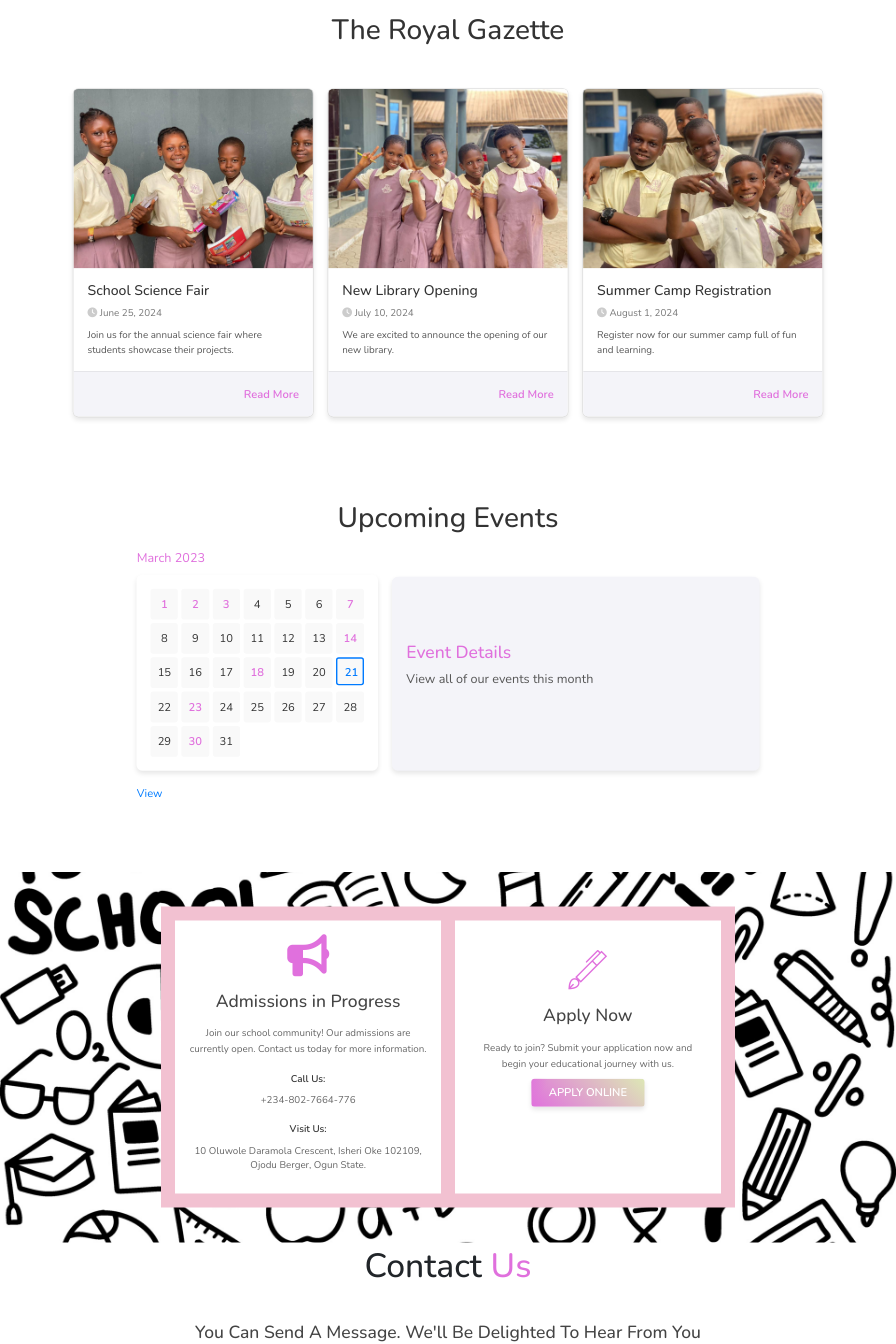
Repository: AdeniranZion/RC-Academy
Page: http://localhost/
These files come from the project's save history. The page is drawn as it stood at one moment and after the next save; the edit follows.
The browser window is 1280 px wide. The pictures show the part of the page from y = 4580 to 6500 px (the page is 7849 px tall before and 7839 px after), at 70% of full size.
Backgrounds fixed to the window are drawn as part of the page. Some web libraries are served in a nearby version. The page is run by PHP 8.4 with error messages shown; the project is at /var/www/html/.

Above is the page before, as saved 2024-06-24 09:14:28.
Console error: TypeError: Cannot set properties of null (setting 'onclick')

### index.php
<?php include_once "partials/header.php"; ?>
<html>
<head> <link rel="stylesheet" href="iconpack/assets/Pe-icon-7-stroke.css"></head>

<body>

<!-- home section starts  -->
<div class="swiper-container">
  <div class="swiper-wrapper">
    <div class="swiper-slide" style="background-image: url('images/web1.jpg');">
      <div class="content" data-aos="fade-up" data-aos-duration="1000">
        <h3>Discover the World of Knowledge: Explore Royal Coast Academy</h3>
        <p>At Royal Coast, we develop an enriching educational experience that empowers students to explore and thrive in the world of knowledge through our dynamic curriculum.</p>
        <a href="#" class="btn">Explore</a>
      </div>
    </div>
    <div class="swiper-slide" style="background-image: url('images/web2.jpg');">
    <div class="content" data-aos="fade-up" data-aos-duration="1000">
        <h3><span style="color: #FED005;">Education</span>  is not preparation for life; education <span style="color: #FED005;">is life</span> itself</h3>
        <!-- <h3><span>Education</span> is not preparation for life; education is life itself.</h3> -->
        <p>Here at Royal Coast, we believe that Education is not just a precursor to life but an essential, ongoing journey that enriches our everyday experiences and shapes our understanding of the world.</p>
        <a href="#" class="btn">Explore</a>
      </div>
    </div>
    <div class="swiper-slide" style="background-image: url('images/web3.jpg');">
    <div class="content" data-aos="fade-up" data-aos-duration="1000">
        <h2><span style="background: linear-gradient(45deg, #FED005, #fff); -webkit-background-clip: text; color: transparent">ADMISSION</span> IN PROGRESS </h2>
        <h4>ADMISSION FOR THE 2024/25 ACADEMIC SESSION INTO:</h4>
        <div style="font-size: 1.8rem; padding: 15px;">
          <li>Pre-school</li>
          <li>Nursery</li>
          <li>Basic Classes</li>
          <li>JSS 1</li>
        </div>
        <a href="admissions.php" class="btn">Enroll Now</a>
      </div>
    </div>
  </div>
  <!-- Pagination -->
  <div class="swiper-pagination"></div>


  <!-- Navigation buttons -->
      <div class="swiper-button-prev"></div>
      <div class="swiper-button-next"></div>
</div>

<!-- Initialize Swiper -->
<script>
  document.addEventListener('DOMContentLoaded', function () {
    var swiper = new Swiper('.swiper-container', {
      slidesPerView: 1,
      spaceBetween: 30,
      loop: true,
      autoplay: {
        delay: 10000, // Change image every 3 seconds
        disableOnInteraction: false,
      },
      pagination: {
        el: '.swiper-pagination',
        clickable: true,
        dynamicBullets: true, // Adjust bullet size based on number of slides
      },
      navigation: {
        nextEl: '.swiper-button-next',
        prevEl: '.swiper-button-prev',
      },
      effect: 'fade', // Fade effect between slides
        fadeEffect: {
          crossFade: true,
          duration: 3000, // Fade duration in milliseconds (1000ms = 1 second)
        },
      });
    });
</script>


<!-- home section ends -->

<section class="about">

   <div class="imgbox" data-aos="fade-right" data-aos-duration="1000">
      <!-- Initially empty, images will be added by JavaScript -->
   </div>
   <div class="content p-4" data-aos="fade-left" data-aos-duration="1000">
      <h3 style="font-size: 48px;" class="about-title">Welcome to Royal Coast Academy</h3>
      <p style="font-size: 20px; text-align: justify;">At Royal Coast Academy, we believe that education is the foundation of a successful life, and we are committed to providing our students with the best possible education. Our curriculum is designed to meet the needs of all students, regardless of their abilities or interests. We have a team of highly qualified and experienced teachers who are dedicated to helping students achieve their full potential.</p>
      <a href="about.php" class="btn">Read more</a>
   </div>

</section>


<!-- Icons Dsc -->
<section data-aos="fade-up" data-aos-duration="1500" style="display: flex; justify-content: center; align-items: center;">
  <div style="background-color: #fff; padding: 20px; display: grid; grid-template-columns: repeat(auto-fit, minmax(150px, 1fr)); grid-gap: 20px; width: 80%;">
    <div style="background-color: white; text-align: center;">
      <i class="pe-7s-science" style="color: #e070dd; font-size: 11em;"></i>
      <h3 style="margin: 10px 0; font-size: 3em; font-weight:light; color:#444;">Center for Excellence</h3>
      <p style="font-size: 1.6em; padding: 20px;">Our commitment to academic excellence ensures that every student receives a top-tier education, preparing them for success in higher education and their future careers.</p>
    </div>
    <div style="background-color: white; text-align: center;">
      <i class="pe-7s-light" style="color: #e070dd; font-size: 11em;"></i>
      <h3 style="margin: 10px 0; font-size: 3em; font-weight:light; color:#444;">Citadel of Knowledge</h3>
      <p style="font-size: 1.6em; padding: 20px;">At Royal Coast Academy, we are a hub of intellectual growth, fostering a love for learning and critical thinking in a supportive and dynamic environment.</p>
    </div>
    <div style="background-color: white; text-align: center;">
       <i class="pe-7s-gift" style="color: #e070dd; font-size: 11em;"></i>
      <h3 style="margin: 10px 0; font-size: 3em; font-weight:light; color:#444;">Developing A Total Child</h3>
      <p style="font-size: 1.6em; padding: 20px;">We focus on holistic development, nurturing not just academic skills but also the social, emotional, and ethical growth of each student to become well-rounded individuals.</p>
    </div>
  </div>
</section>


<!-- Welcome Speech -->
<section data-aos="fade-in" data-aos-duration="2500" class="intro-section" style="display: flex; justify-content: center; align-items: center; background-color: #F8F8FF;">
  <div style="flex-basis: 50%; padding: 20px;">
     <h2 style="font-size: 3.9em; font-weight: bolder; margin-bottom: 20px;">An Introduction from the Proprietress</h2>
     <div style="width: 40px; height: 3px; background-color:#e070dd; margin-bottom: 20px;"></div>
     <p style="font-size: 1.6em; line-height: 1.6; margin-bottom: 20px; text-align: justify;">I welcome you to Royal Coast Academy's official website on behalf of the
     administration, faculty, and students there. Excellence is our watchword here at <span style="color:#e070dd;"><b>Royal Coast Academy</b></span>. We think that anything worth doing is
     worth doing well, and we work to infuse this quality in all of our activities and Wards. Every child committed to our care is guaranteed a
     top-notch education from qualified teachers. For all of our children, we want to lay a strong foundation that will support them throughout
     their academic and professional careers. We are also concerned with our students' physical, social, and psychological growth, helping them
     to mature into accountable, impactful citizens. <br>Enjoy the journey.<br><h2>Mercy O. Adeniran</h2></p>
  </div>
  <div style="width: 300px; height: 450px;">
     <img src="images/mama.jpg" alt="Image description" style="width: 100%; height: 100%; border-radius: 2.5%;">
  </div>
</section>


<!-- About Us Header-->
   <div class="text" style="text-align: center; margin-top: 40px; margin-bottom: 40px;">
      <h3 style="font-size: 48px;" class="about-title">About <span style="color: #e070dd;">Us</span></h3>
   </div>

<!-- About Us-->
<section class="about">

   <div class="content p-4" data-aos="fade-left" data-aos-duration="1000">
      <p style="font-size: 20px; text-align: justify;">At Royal Coast Academy, we understand the importance of technology in today's world, and we are committed to integrating technology into our curriculum. We have state-of-the-art computer labs, and our students have access to the latest educational software and online resources. We also have a well-equipped science laboratory that allows our students to explore and experiment with science concepts in a hands-on environment.</p>
      <a href="about.php" class="btn">Read more</a>
   </div>
   <div style="width: 30%; max-width: 800px; margin: auto; overflow: hidden; display:block">
        <img src="images/IMG-20240616-WA0029.jpg" style="width: 100%; height: auto;">
      </div>

</section>

<!-- Mission Statement -->
<section data-aos="fade-up" data-aos-duration="1500" style="display: flex; justify-content: center; align-items: center; background-color: #f8f8ff;">
  <div style="padding: 20px; display: grid; grid-template-columns: repeat(auto-fit, minmax(150px, 1fr)); grid-gap: 20px; width: 80%;">
      <div style="text-align: center;">
         <i class="fa-solid fa-crosshairs" style="color: #e070dd; font-size: 11em;"></i>
         <h3 style="margin: 10px 0; font-size: 3em; font-weight:light; color:#444;">Our Mission</h3>
         <p style="font-size: 1.7em; padding: 20px;">Royal Coast Academy is dedicated to the intellectual, moral, and spiritual formation of girls and boys from diverse religious faiths, tribes, and socioeconomic backgrounds. Our mission is to cultivate leaders who serve God and humanity selflessly. Inspired by the values of Loyola Jesuit College, we foster a community united in the pursuit of excellence and service. Our commitment lies in nurturing individuals who embody compassion, justice, academic proficiency, and reverence for God and His creation. Aligned with the Nigerian education policy, we strive to develop individuals of faith, guided by the principles of Christ’s love and justice. Our graduates are characterized by emotional intelligence, social responsibility, and a relentless pursuit of the magis—the relentless pursuit of excellence in all aspects of life—for the betterment of society. At Royal Coast Academy, we are dedicated to shaping future generations who are empowered to make a positive impact through their commitment to service, leadership, and ethical conduct in a global context.</p>
      </div>
  </div>
</section>

<!-- Vision and Values -->
<section style="display: flex; justify-content: center; align-items: center;">
  <div style="background-color: #fff; padding: 20px; display: grid; grid-template-columns: repeat(auto-fit, minmax(150px, 1fr)); grid-gap: 20px; width: 80%;">
    <div data-aos="fade-right" data-aos-duration="1500" style="background-color: white; text-align: center;">
    <i class="fa-regular fa-eye" style="color: #e070dd; font-size: 11em;"></i>
      <h3 style="margin: 10px 0; font-size: 3em; font-weight:light; color:#444;">Our Vision</h3>
      <p style="font-size: 1.6em; padding: 20px;">At Royal Coast Academy, we are dedicated to giving our pupils the greatest education possible since we think that education is the cornerstone of a successful life.</p>
    </div>
    <div data-aos="fade-left" data-aos-duration="1500" style="background-color: white; text-align: center;">
    <i class="fa-regular fa-heart" style="color: #e070dd; font-size: 11em;"></i>
      <h3 style="margin: 10px 0; font-size: 3em; font-weight:light; color:#444;">Our Values</h3>
      <p style="font-size: 1.6em; padding: 20px;">We are dedicated to giving our pupils the greatest education possible.</p>
    </div>
  </div>
</section>


<!--News Page-->
<section class="news-section" data-aos="fade-up" data-aos-duration="1500">
  <div class="parallax-bg" style="position: absolute;
    top: 0; left: 0; width: 100%; height: 100%;background-image: url('images/wids2.jpg');
    background-size: cover;
    background-position: center;
    background-attachment: fixed;
    z-index: -1;"></div>
  <div class="news-container">
    <article class="news-item">
      <h3>RCA 2024 Graduation Ceremony</h3>
      <p>Royal Coast Academy proudly celebrated its 2024 Graduation Ceremony on June 10th, 2024. Over 150 graduates took to the stage, marking the end of their high school journey. Families, friends, and faculty gathered to applaud the achievements of the Class of 2024 as they prepared to embark on new adventures in higher education and beyond. The day was filled with emotional speeches, heartfelt moments, and joyous celebrations.</p>
      <button class="btn">EXPAND DETAILS</button>
    </article>
    <article class="news-item">
      <h3>2024 Founder’s Day Celebration</h3>
      <p>On May 20th, 2024, Royal Coast Academy celebrated its annual Founder’s Day. This year's event was especially significant as it marked the school's 25th anniversary. The day was packed with activities, including a keynote address by an esteemed alumnus, cultural performances by students, and a series of awards recognizing exceptional achievements in academics, sports, and community service.</p>
      <button class="btn">EXPAND DETAILS</button>
    </article>
    <!-- Add more news items as needed -->
  </div>
</section>


<?php include 'animate.php'; ?>

<!--Admissions-->
<section data-aos="fade-up" data-aos-duration="1500" style="display: flex; justify-content: center; align-items: center; background-image: url('images/b2s.jpg'); background-size: cover; background-position: center;">
  <div style="background-color: #F2C1D1; padding: 20px; display: grid; grid-template-columns: repeat(auto-fit, minmax(300px, 1fr)); grid-gap: 20px; max-width: 80%; text-align: center;">

      <!-- Admission Icon and Information -->
      <div style="background-color: white; padding: 20px;">
         <!-- <i class="pe-7s-users" style="color: #e070dd; font-size: 6em;"></i> -->
         <i class="fas fa-bullhorn" style="color: #e070dd; font-size: 6em;"></i>
         <h3 style="margin: 20px 0; font-size: 2.5em; font-weight: light; color: #444;">Admissions in Progress</h3>
         <p style="font-size: 1.4em; line-height: 1.6; color: #666;">Join our school community! Our admissions are currently open. Contact us today for more information.</p>
         <div style="margin-top: 20px;">
         <p style="font-size: 1.4em; font-weight: bold; color: #333;">Call Us:</p>
         <p style="font-size: 1.4em; color: #666;">+234-802-7664-776</p>
         </div>
         <div style="margin-top: 20px;">
         <p style="font-size: 1.4em; font-weight: bold; color: #333;">Visit Us:</p>
         <p style="font-size: 1.4em; color: #666;">10 Oluwole Daramola Crescent, Isheri Oke 102109, Ojodu Berger, Ogun State.</p>
         </div>
    </div>

    <!-- Apply Now Icon and Information -->
    <div style="background-color: white; padding: 40px;">
      <i class="pe-7s-pen" style="color: #e070dd; font-size: 6em;"></i>
      <h3 style="margin: 20px 0; font-size: 2.5em; font-weight: light; color: #444;">Apply Now</h3>
      <p style="font-size: 1.4em; line-height: 1.6; color: #666;">Ready to join? Submit your application now and begin your educational journey with us.</p>
      <a href="admissions.php" class="btn">Apply Online</a>
    </div>
  </div>
</section>

<!-- Contact Us -->
<div class="parent" data-aos="fade-up" data-aos-duration="1000">
   <!-- <div class="containerbackground">
          <h3 style="font-size: 65px;" class="about-title">Contact <span style="color: #f670f2;">Us</span></h3>
   </div> -->
   <div class="text" style="text-align: center; margin-top: 40px; margin-bottom: 40px;">
      <h3 style="font-size: 48px;" class="about-title">Contact <span style="color: #e070dd;">Us</span></h3>
   </div>
</div>
         <section class="contact" data-aos="fade-up" data-aos-duration="1000" style="padding: 24px; padding-top:10px;">
                  <div class="row" style="background-color: #fff; padding: 24px; padding-top:10px;">
                        <div class="p-24 mx-auto sm:max-w-md md:max-w-lg lg:max-w-xl">
                              <form action="">
                                 <h3 class="heading" style="margin-top: 2px;">You can send a message. We'll be delighted to hear from you</h3>
                                       <input type="text" placeholder="Full Name" class="box mb-4">
                                       <input type="email" placeholder="Email Address" class="box mb-4">
                                       <input type="number" placeholder="Phone Number" class="box mb-4">
                                       <input type="text" placeholder="Subject" class="box mb-4">
                                       <textarea name="" class="box mb-4" placeholder="Message" id="" cols="30" rows="10"></textarea>
                                       <input type="submit" value="Submit" class="btn bg-blue-500 hover:bg-blue-600 font-bold py-2 px-6 rounded">
                              </form>
                        </div>
                  </div>
         </section>



<script src="https://cdn.jsdelivr.net/npm/swiper@9/swiper-element-bundle.min.js"></script>



<!-- AOS JavaScript -->
<script src="https://cdn.jsdelivr.net/npm/aos@2.3.4/dist/aos.js"></script>
<script>
  AOS.init();
</script>

<script>
  document.addEventListener('DOMContentLoaded', function () {
  const imgbox = document.querySelector('.imgbox');
  const images = [
    'images/IMG-20240616-WA0023.jpg',
    'images/IMG-20240616-WA0024.jpg',
    'images/IMG-20240616-WA0025.jpg'
  ];
  let currentIndex = 0;

  // Initialize with two images
  let img1 = document.createElement('img');
  let img2 = document.createElement('img');

  // Apply CSS class to control size
  img1.classList.add('current', 'resized');
  img2.classList.add('resized');

  // Set initial sources
  img1.src = images[currentIndex];
  img2.src = images[(currentIndex + 1) % images.length];

  // Append images to the imgbox
  imgbox.appendChild(img1);
  imgbox.appendChild(img2);

  function changeImage() {
    // Alternate between img1 and img2 for crossfade effect
    const nextIndex = (currentIndex + 1) % images.length;
    const currentImg = imgbox.querySelector('img.current');
    const nextImg = imgbox.querySelector('img:not(.current)');

    nextImg.src = images[nextIndex]; // Set the next image source
    nextImg.classList.add('current');
    currentImg.classList.remove('current');

    // Update currentIndex
    currentIndex = nextIndex;
  }

  // Set interval to change images
  setInterval(changeImage, 5000); // Change image every 5 seconds
});

</script>


<?php include_once "partials/footer.php"; ?>

</body>
</html>

### partials/footer.php
<!-- footer section starts  -->


<section class="footer">

   <div class="box-container">

      <div class="box">
         <h3> <img style="margin-bottom: -3%;" src="images/RCALogo.png" width="50"> Royal Coast Academy </h3>
         <p>Empowering young minds into becoming better versions of themselves - The Leaders of tomorrow</p>
         <div class="share">
            <a href="#" class="fa-brands fa-facebook-f"></a>
            <a href="#" class="fa-brands fa-twitter"></a>
            <a href="https://www.instagram.com/royalcoastacademy/" class="fa-brands fa-instagram"></a>
            <a href="#" class="fa-brands fa-linkedin"></a>
            <a href="https://wa.me/+2348027664776" class="fa-brands fa-whatsapp"></a>
         </div>
      </div>

      <div class="box">
         <h3>Reach Us</h3>
         <a href="tel:+2348027664776" class="link"><i class="fa-solid fa-phone"></i> <span> +234 802 766 4776</span></a>
         <a href="mailto:admissions@schoolname.com" class="link"><i class="fa-sharp fa-solid fa-envelope"></i> admissions@royalcoastacademy.com</a>
         <a class="link"><i class="fa-solid fa-clock"></i><span> Mon — Fri: 8:00 AM — 4:00 PM (GMT+1)
         </span></a>
         <a href="https://www.google.com/maps/place/Royal+Coast+Academy/@6.6436294,3.3875633,17z/data=!4m15!1m8!3m7!1s0x103b937ae5824571:0xccc23bd1c27304eb!2s10+Oluwole+Daramola+Cres,+Isheri+Oke+102109,+Ojodu+Berger,+Ogun+State!3b1!8m2!3d6.6436294!4d3.3875633!16s%2Fg%2F11sk8n63bg!3m5!1s0x103b9320de5d0e97:0x8af30d24481b53f6!8m2!3d6.6436294!4d3.3875633!16s%2Fg%2F11smwgcrfj" class="link"><i class="fa-solid fa-location-dot"></i><span> 10 Oluwole Daramola, Off Mabinuori, Opic Bus stop, Lagos - Ibadan Expressway, Ogun State.</span></a>
      </div>

      <div class="box">
         <h3>Quick links</h3>
         <a href="admissions.php" class="link">Admissions</a>
         <a href="calendar.php" class="link">News and Events</a>
         <a href="photogallery.php" class="link">Photo Gallery</a>
         <a href="unavailable.php" class="link">Parents Forum</a>
         <a href="unavailable.php" class="link">Job Oppurtunities</a>
         <a href="faq.php" class="link">Help and Support</a>
      </div>

      <div class="box">
         <h3>newsletter</h3>
         <p>Subscribe for latest upadates</p>
         <form action="">
            <input type="email" name="" placeholder="enter your email" id="" class="email">
            <input type="submit" value="subscribe" class="btn">
         </form>
      </div>

   </div>

   <div class="credit">&copy; <?php echo date("Y");?> Royal Coast Academy. all rights reserved. </div>

</section>

<!-- footer section ends -->







<!-- swiper js link  -->
<script src="https://unpkg.com/swiper@7.4.1/swiper-bundle.min.js"></script>

<!-- custom js file link  -->
<script src="js/script.js"></script>
<script src="js/aos.js"></script>

### css/aos.css
/* Fade-in from the right animation */
[data-aos="fade-right"] {
    opacity: 0;
    transform: translateX(100px);
    transition: opacity 0.6s ease-out, transform 0.6s ease-out;
  }

  [data-aos="fade-right"].aos-animate {
    opacity: 1;
    transform: translateX(0);
  }

Loaded but not shown: js/script.js (156 lines, source omitted); js/aos.js (24 lines, source omitted); css/style.css (1695 lines, source omitted); animate.php (389 lines, source omitted); iconpack/assets/Pe-icon-7-stroke.css (631 lines, source omitted); css/qlstyle.css (370 lines, source omitted); partials/header.php (127 lines, source omitted)

After the next save:
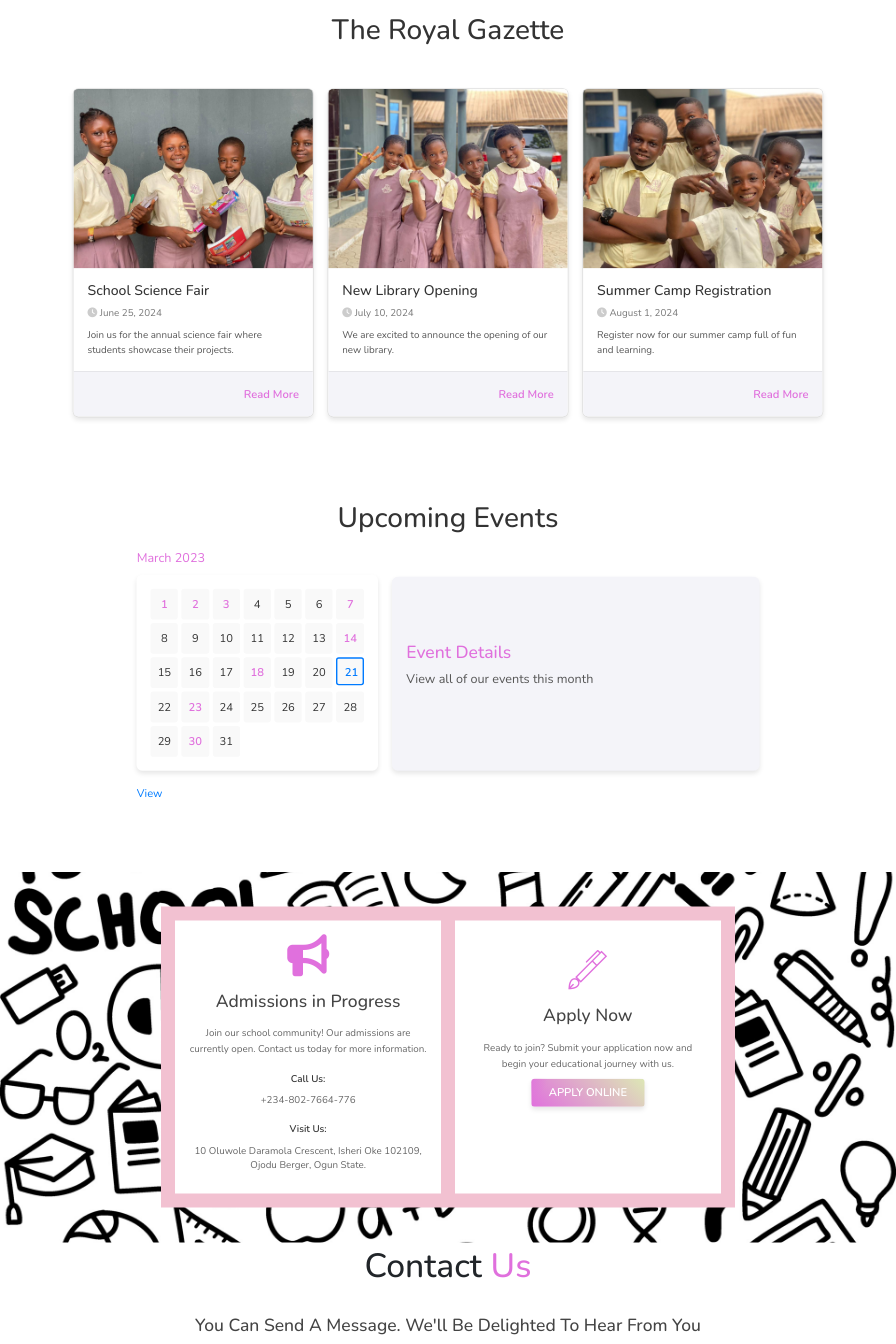
Saved 16 s later.
--- a/index.php
+++ b/index.php
@@ -245,7 +245,7 @@
          <section class="contact" data-aos="fade-up" data-aos-duration="1000" style="padding: 24px; padding-top:10px;">
                   <div class="row" style="background-color: #fff; padding: 24px; padding-top:10px;">
                         <div class="p-24 mx-auto sm:max-w-md md:max-w-lg lg:max-w-xl">
-                              <form action="">
+                              <form action="" style="padding-top:10px;">
                                  <h3 class="heading" style="margin-top: 2px;">You can send a message. We'll be delighted to hear from you</h3>
                                        <input type="text" placeholder="Full Name" class="box mb-4">
                                        <input type="email" placeholder="Email Address" class="box mb-4">
